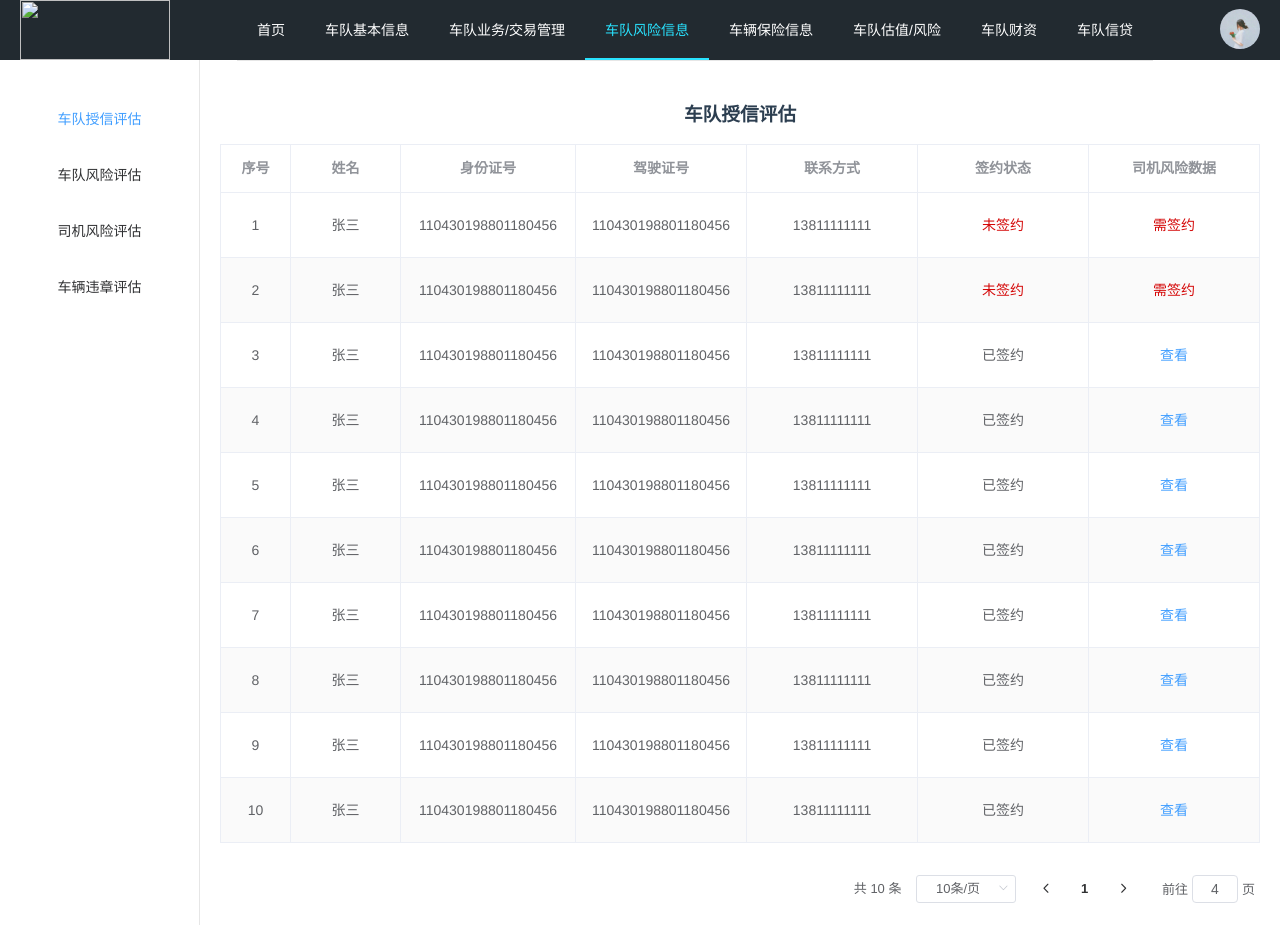
Repository: TheWomanLiketheWind/woodpecker
Page: /
An editor plug-in stored every save of this project. The page is shown before and after the next save, followed by the edit.
The browser window is 1280 px wide. The pictures show the whole page.
The project was rebuilt for these pictures with package versions that can differ from the ones it lists, and the page was loaded fresh each time. Also part of the build but not shown: src/views/menuThird.vue.

Above is the page before, as saved 2019-07-26 09:21:18.

After the next save:
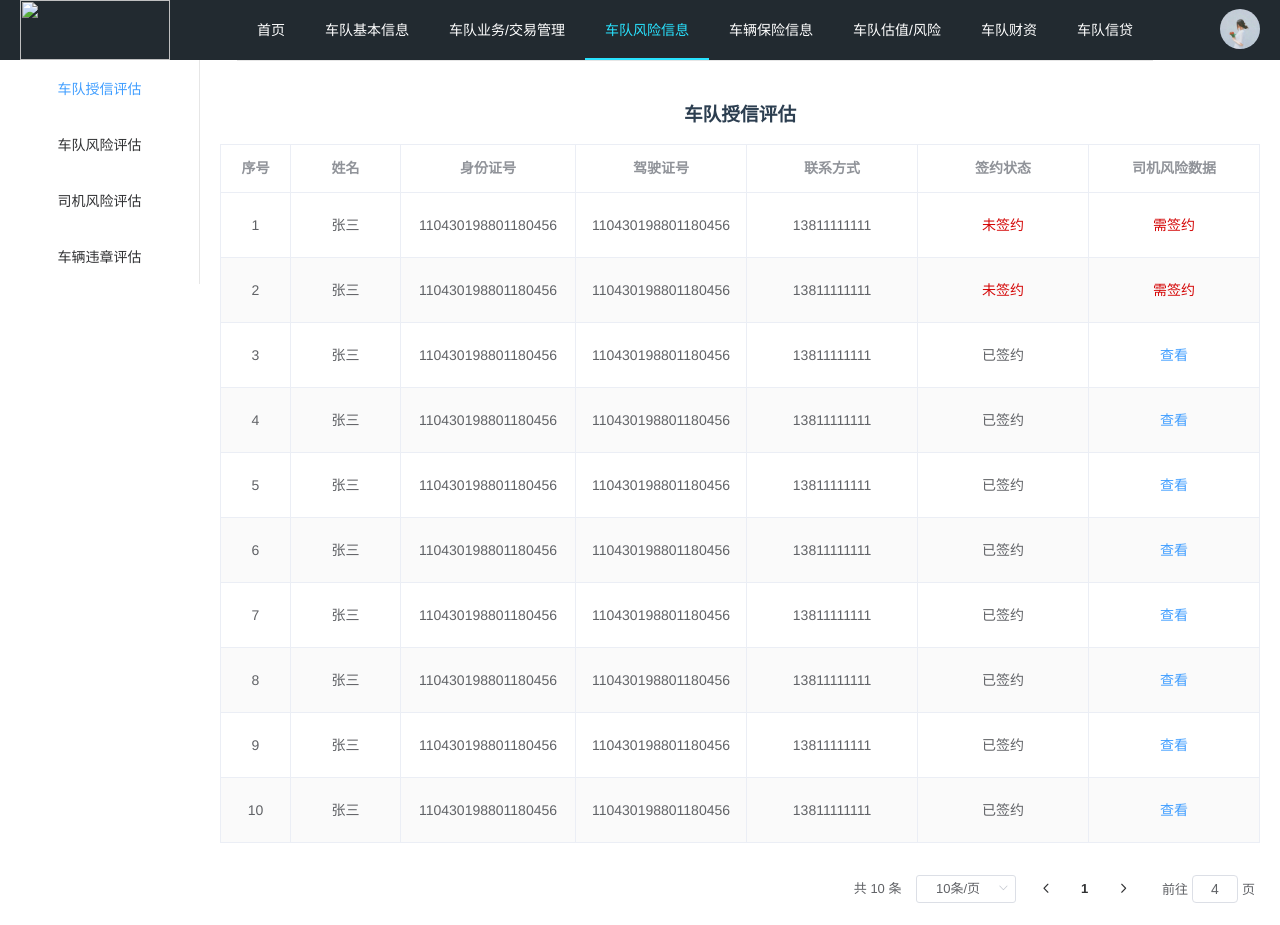
Saved 16 s later.
--- a/src/views/menuSecond.vue
+++ b/src/views/menuSecond.vue
@@ -128,11 +128,4 @@ export default Vue.extend({
 .signTypeColor {
   color: #d40707;
 }
-.asideClass {
-  padding-top: 30px;
-  border-right: solid 1px #e6e6e6;
-}
-.el-menu {
-  border-right: 0;
-}
 </style>
